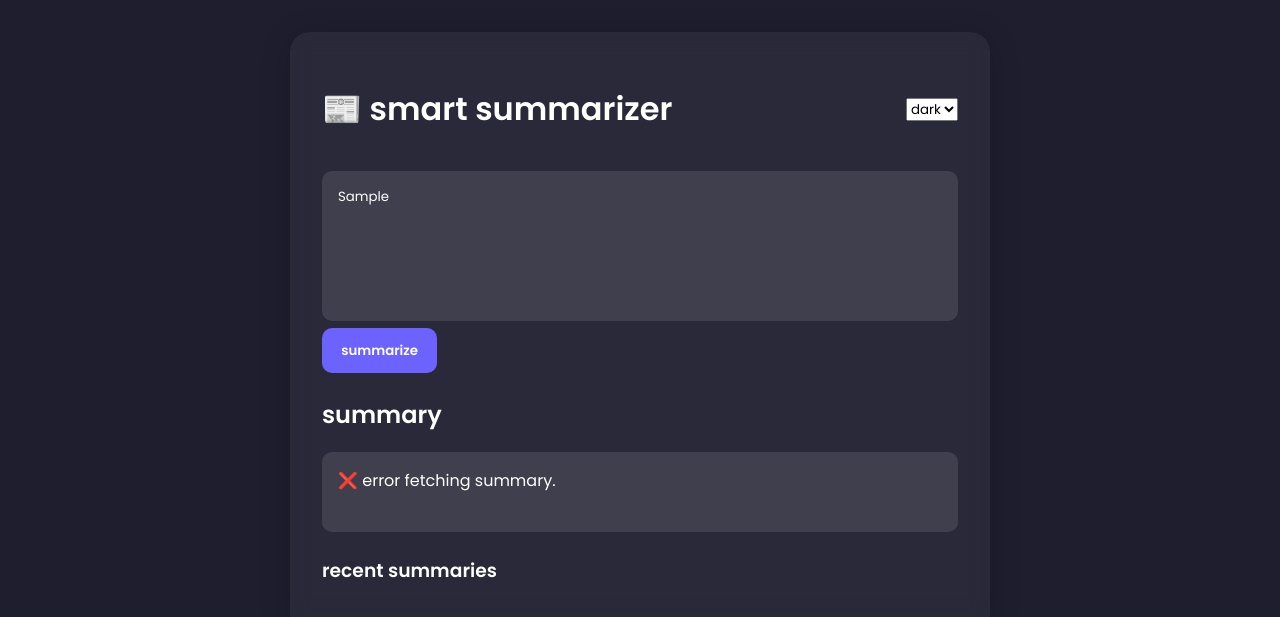
Repository: ZaberMahmud/flowroutine
Page: index.html
An editor plug-in stored every save of this project. The page is shown before and after the next save, followed by the edit.
The browser window is 1280 px wide. The pictures show the whole page.
Empty fields were first filled with sample values (such as "Sample", 5 or name@example.com).
After loading, the first visible `#summarizeBtn` was clicked once.
The page's requests for data from a server got no answer.

Above is the page before, as saved 2026-01-28 19:29:55.

### index.html
<!DOCTYPE html>
<html lang="en">
<head>
  <meta charset="UTF-8" />
  <meta name="viewport" content="width=device-width, initial-scale=1.0" />
  <title>smart summarizer</title>
  <link rel="stylesheet" href="style.css" />
</head>
<body>
  <div class="container">
    <header>
      <h1>📰 smart summarizer</h1>
      <select id="themeSelector">
        <option value="dark">dark</option>
        <option value="light">light</option>
      </select>
    </header>

    <div class="input-area">
      <textarea id="inputText" placeholder="paste article text or url here..."></textarea>
      <button id="summarizeBtn">summarize</button>
    </div>

    <div class="output">
      <h2>summary</h2>
      <p id="summary"></p>
    </div>

    <div class="history">
      <h3>recent summaries</h3>
      <ul id="historyList"></ul>
    </div>
  </div>

  <script src="script.js"></script>
</body>
</html>

### style.css
@import url('https://fonts.googleapis.com/css2?family=Poppins:wght@400;600&display=swap');

* {
  box-sizing: border-box;
  font-family: 'Poppins', sans-serif;
}

body {
  margin: 0;
  min-height: 100vh;
  display: flex;
  justify-content: center;
  align-items: start;
  padding: 2rem;
  transition: background 0.5s, color 0.5s;
}

/* themes */
body.dark { background: #1e1e2f; color: #fff; }
body.light { background: #f6f6f6; color: #222; }

.container {
  width: 90%;
  max-width: 700px;
  background: rgba(255,255,255,0.05);
  padding: 2rem;
  border-radius: 20px;
  backdrop-filter: blur(10px);
  box-shadow: 0 4px 30px rgba(0,0,0,0.2);
}

header {
  display: flex;
  justify-content: space-between;
  align-items: center;
  margin-bottom: 1rem;
}

textarea {
  width: 100%;
  height: 150px;
  border-radius: 10px;
  border: none;
  padding: 1rem;
  background: rgba(255,255,255,0.1);
  color: inherit;
  outline: none;
  resize: none;
}

button {
  background: #6c63ff;
  border: none;
  color: white;
  padding: 0.8rem 1.2rem;
  border-radius: 10px;
  cursor: pointer;
  font-weight: 600;
  transition: background 0.3s;
}

button:hover { background: #5750d1; }

.output, .history {
  margin-top: 1.5rem;
}

#summary {
  background: rgba(255,255,255,0.1);
  padding: 1rem;
  border-radius: 10px;
  min-height: 80px;
}

ul { list-style: none; padding: 0; }
li {
  background: rgba(255,255,255,0.08);
  padding: 0.6rem;
  border-radius: 8px;
  margin-bottom: 0.5rem;
  cursor: pointer;
  transition: background 0.3s;
}
li:hover { background: rgba(255,255,255,0.15); }

### script.js
const inputText = document.getElementById('inputText');
const summarizeBtn = document.getElementById('summarizeBtn');
const summaryEl = document.getElementById('summary');
const historyList = document.getElementById('historyList');
const themeSelector = document.getElementById('themeSelector');

/**
 * Summarize the input text using a free public API
 */
async function summarizeText(text) {
  summaryEl.textContent = '⏳ summarizing...';

  try {
    // ------------------------------
    // OPTION 1: Free browser-friendly summarizer API
    // ------------------------------
    const res = await fetch("https://api.summarizepaper.com/summarize", {
      method: "POST",
      headers: { "Content-Type": "application/json" },
      body: JSON.stringify({ text }),
    });
    const data = await res.json();
    const summary = data.summary || '⚠️ could not summarize this text.';
    summaryEl.textContent = summary;

    saveHistory(text, summary);

    // ------------------------------
    // OPTION 2: OpenAI summarizer (for later, requires API key & vercel serverless function)
    // ------------------------------
    // const res = await fetch("/api/summarize", {
    //   method: "POST",
    //   headers: { "Content-Type": "application/json" },
    //   body: JSON.stringify({ text }),
    // });
    // const data = await res.json();
    // summaryEl.textContent = data.summary;
    // saveHistory(text, data.summary);

  } catch (err) {
    summaryEl.textContent = '❌ error fetching summary.';
    console.error(err);
  }
}

summarizeBtn.addEventListener('click', () => {
  const text = inputText.value.trim();
  if (!text) return;
  summarizeText(text);
});

function saveHistory(original, summary) {
  const histories = JSON.parse(localStorage.getItem('summaries')) || [];
  histories.unshift({ original, summary });
  localStorage.setItem('summaries', JSON.stringify(histories.slice(0, 5))); // keep last 5
  renderHistory();
}

function renderHistory() {
  const histories = JSON.parse(localStorage.getItem('summaries')) || [];
  historyList.innerHTML = '';
  histories.forEach((h) => {
    const li = document.createElement('li');
    li.textContent = h.original.slice(0, 60) + '...';
    li.onclick = () => (summaryEl.textContent = h.summary);
    historyList.appendChild(li);
  });
}

// theme switching
themeSelector.addEventListener('change', (e) => {
  const theme = e.target.value;
  document.body.className = theme;
  localStorage.setItem('theme', theme);
});

function loadTheme() {
  const theme = localStorage.getItem('theme') || 'dark';
  document.body.className = theme;
  themeSelector.value = theme;
}

loadTheme();
renderHistory();

After the next save:
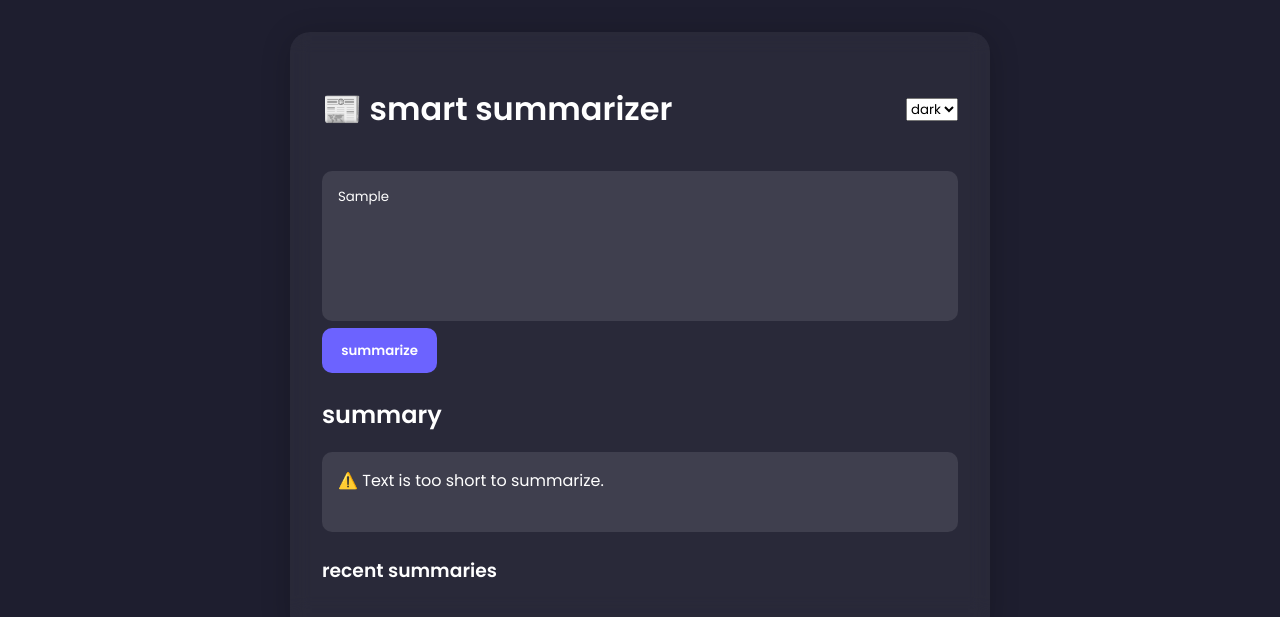
Saved 13 min 40 s later.
--- a/script.js
+++ b/script.js
@@ -4,55 +4,81 @@ const summaryEl = document.getElementById('summary');
 const historyList = document.getElementById('historyList');
 const themeSelector = document.getElementById('themeSelector');
 
-/**
- * Summarize the input text using a free public API
- */
 async function summarizeText(text) {
   summaryEl.textContent = '⏳ summarizing...';
 
-  try {
-    // ------------------------------
-    // OPTION 1: Free browser-friendly summarizer API
-    // ------------------------------
-    const res = await fetch("https://api.summarizepaper.com/summarize", {
-      method: "POST",
-      headers: { "Content-Type": "application/json" },
-      body: JSON.stringify({ text }),
-    });
-    const data = await res.json();
-    const summary = data.summary || '⚠️ could not summarize this text.';
-    summaryEl.textContent = summary;
+  // Simulate API delay for better UX
+  await new Promise(resolve => setTimeout(resolve, 800));
 
-    saveHistory(text, summary);
+  const summary = generateSmartSummary(text);
+  summaryEl.textContent = summary;
+  saveHistory(text, summary);
+}
 
-    // ------------------------------
-    // OPTION 2: OpenAI summarizer (for later, requires API key & vercel serverless function)
-    // ------------------------------
-    // const res = await fetch("/api/summarize", {
-    //   method: "POST",
-    //   headers: { "Content-Type": "application/json" },
-    //   body: JSON.stringify({ text }),
-    // });
-    // const data = await res.json();
-    // summaryEl.textContent = data.summary;
-    // saveHistory(text, data.summary);
+function generateSmartSummary(text) {
+  const cleanText = text.replace(/\s+/g, ' ').trim();
+  const wordCount = cleanText.split(/\s+/).length;
 
-  } catch (err) {
-    summaryEl.textContent = '❌ error fetching summary.';
-    console.error(err);
+  // For very short text, return as is
+  if (wordCount < 30) return cleanText;
+
+  // Split into paragraphs
+  const paragraphs = cleanText.split(/\n+/).filter(p => p.trim().length > 0);
+
+  // If it's already a short paragraph, return truncated version
+  if (paragraphs.length === 1) {
+    return cleanText.substring(0, 250) + (cleanText.length > 250 ? '...' : '');
   }
+
+  // For multiple paragraphs, take key sentences
+  const sentences = cleanText.match(/[^.!?]+[.!?]+/g) || [cleanText];
+
+  if (sentences.length <= 3) {
+    return cleanText;
+  }
+
+  // Extract key sentences (first, important middle, last)
+  let keySentences = [];
+
+  // Always include first sentence
+  if (sentences[0]) keySentences.push(sentences[0]);
+
+  // Include a middle sentence
+  if (sentences.length >= 5) {
+    const middleIdx = Math.floor(sentences.length / 2);
+    keySentences.push(sentences[middleIdx]);
+  }
+
+  // Include last sentence if meaningful
+  const lastSentence = sentences[sentences.length - 1];
+  if (lastSentence.split(' ').length > 4) {
+    keySentences.push(lastSentence);
+  }
+
+  const summary = keySentences.join(' ');
+  return summary.substring(0, 300) + (summary.length > 300 ? '...' : '');
 }
 
 summarizeBtn.addEventListener('click', () => {
   const text = inputText.value.trim();
-  if (!text) return;
+  if (!text) {
+    summaryEl.textContent = '⚠️ Please enter some text to summarize.';
+    return;
+  }
+  if (text.length < 20) {
+    summaryEl.textContent = '⚠️ Text is too short to summarize.';
+    return;
+  }
   summarizeText(text);
 });
 
 function saveHistory(original, summary) {
   const histories = JSON.parse(localStorage.getItem('summaries')) || [];
-  histories.unshift({ original, summary });
-  localStorage.setItem('summaries', JSON.stringify(histories.slice(0, 5))); // keep last 5
+  histories.unshift({
+    original: original.substring(0, 100),
+    summary: summary.substring(0, 150)
+  });
+  localStorage.setItem('summaries', JSON.stringify(histories.slice(0, 5)));
   renderHistory();
 }
 
@@ -61,13 +87,17 @@ function renderHistory() {
   historyList.innerHTML = '';
   histories.forEach((h) => {
     const li = document.createElement('li');
-    li.textContent = h.original.slice(0, 60) + '...';
-    li.onclick = () => (summaryEl.textContent = h.summary);
+    li.textContent = h.original + (h.original.length >= 100 ? '...' : '');
+    li.title = 'Click to view summary';
+    li.onclick = () => {
+      summaryEl.textContent = h.summary + (h.summary.length >= 150 ? '...' : '');
+      inputText.value = h.original + (h.original.length >= 100 ? '...' : '');
+    };
     historyList.appendChild(li);
   });
 }
 
-// theme switching
+// Theme switching
 themeSelector.addEventListener('change', (e) => {
   const theme = e.target.value;
   document.body.className = theme;
@@ -82,3 +112,11 @@ function loadTheme() {
 
 loadTheme();
 renderHistory();
+
+// Add Enter key support
+inputText.addEventListener('keydown', (e) => {
+  if (e.key === 'Enter' && (e.ctrlKey || e.metaKey)) {
+    e.preventDefault();
+    summarizeBtn.click();
+  }
+});
